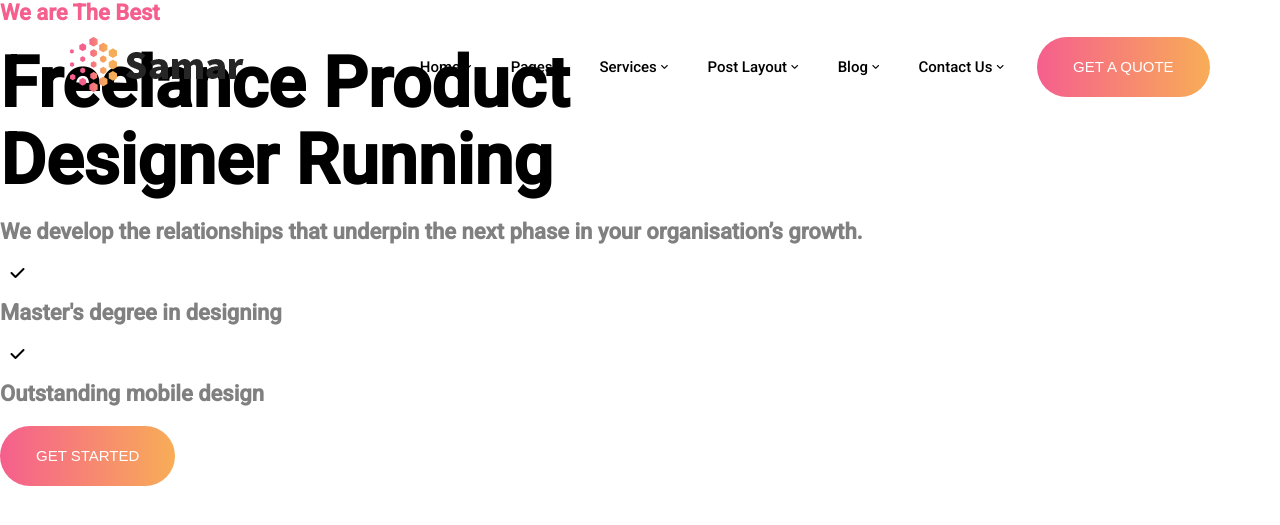
Repository: truongcongtrung2709/truongcongtrung__samar
Page: index.html
An editor plug-in stored every save of this project. The page is shown before and after the next save, followed by the edit.
The browser window is 1280 px wide. The pictures show the whole page.
Some web libraries are served in a nearby version.

Above is the page before, as saved 2022-06-22 21:07:34.

After the next save:
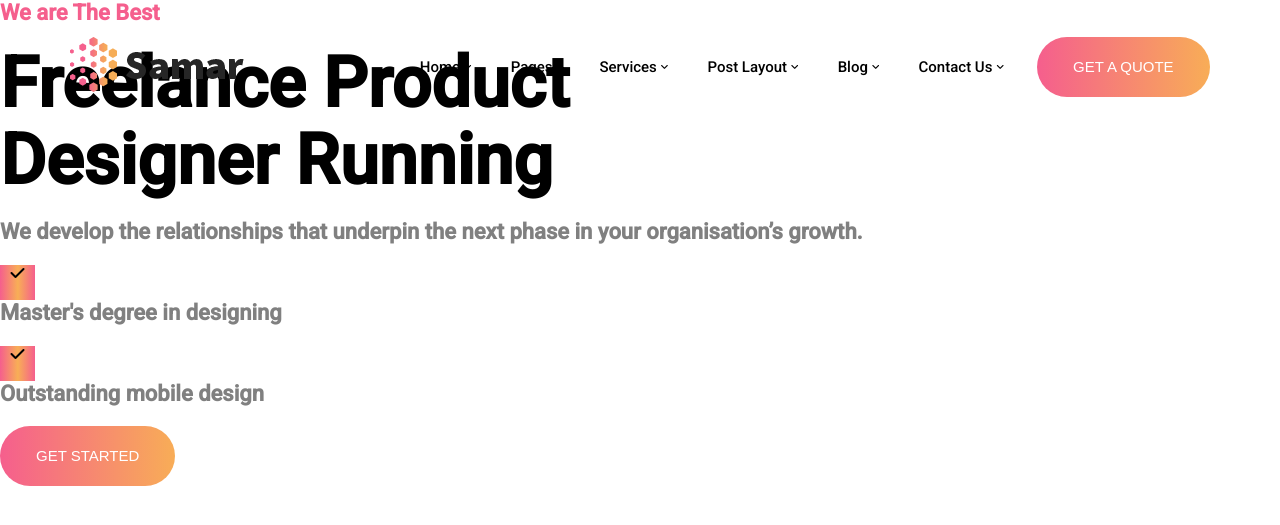
Saved 26 s later.
--- a/style.css
+++ b/style.css
@@ -47,11 +47,12 @@ p{
     height: 35px;
     line-height: 35px;
     text-align: center;
+    background-image: linear-gradient(to right,#f55f8d 0,#f8ae56 51%,#f55f8d 100%);
     /* font-size: 24px;
     color: #fff;
     border-radius: 35px;
     font-weight: 900;
-    background-image: linear-gradient(to right,#f55f8d 0,#f8ae56 51%,#f55f8d 100%);
+
     background-size: 200%;
     margin-right: 10px; */
 }
